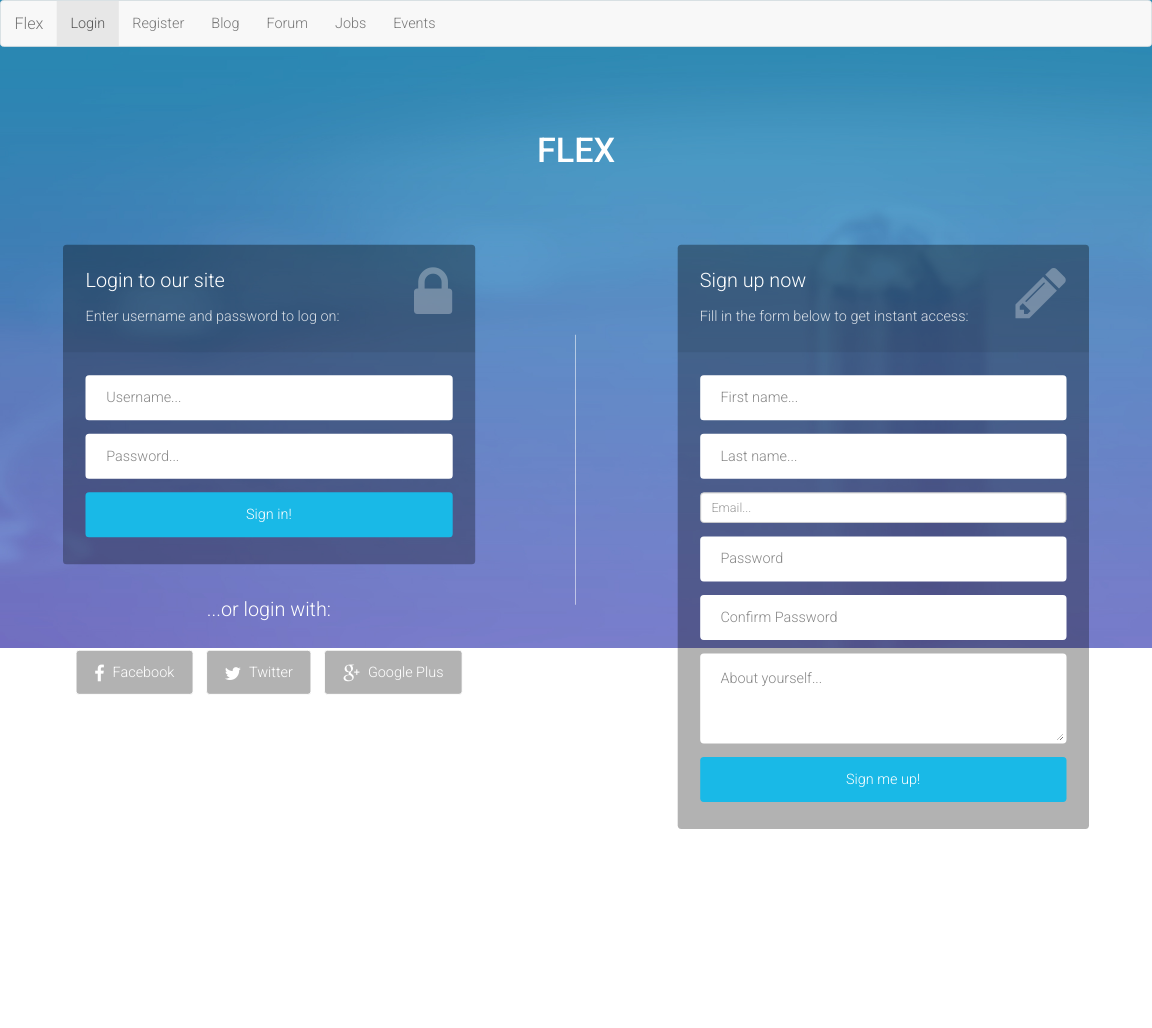
Repository: Angelamritha2012/Flex
Page: Collaboration/WebContent/index.html
These files come from the project's save history. The page is drawn as it stood at one moment and after the next save; the edit follows.
The browser window is 1280 px wide. The pictures show the whole page, at 90% of full size.
Some web libraries are served in a nearby version.

Above is the page before, as saved 2017-11-30 10:18:47.

After the next save:
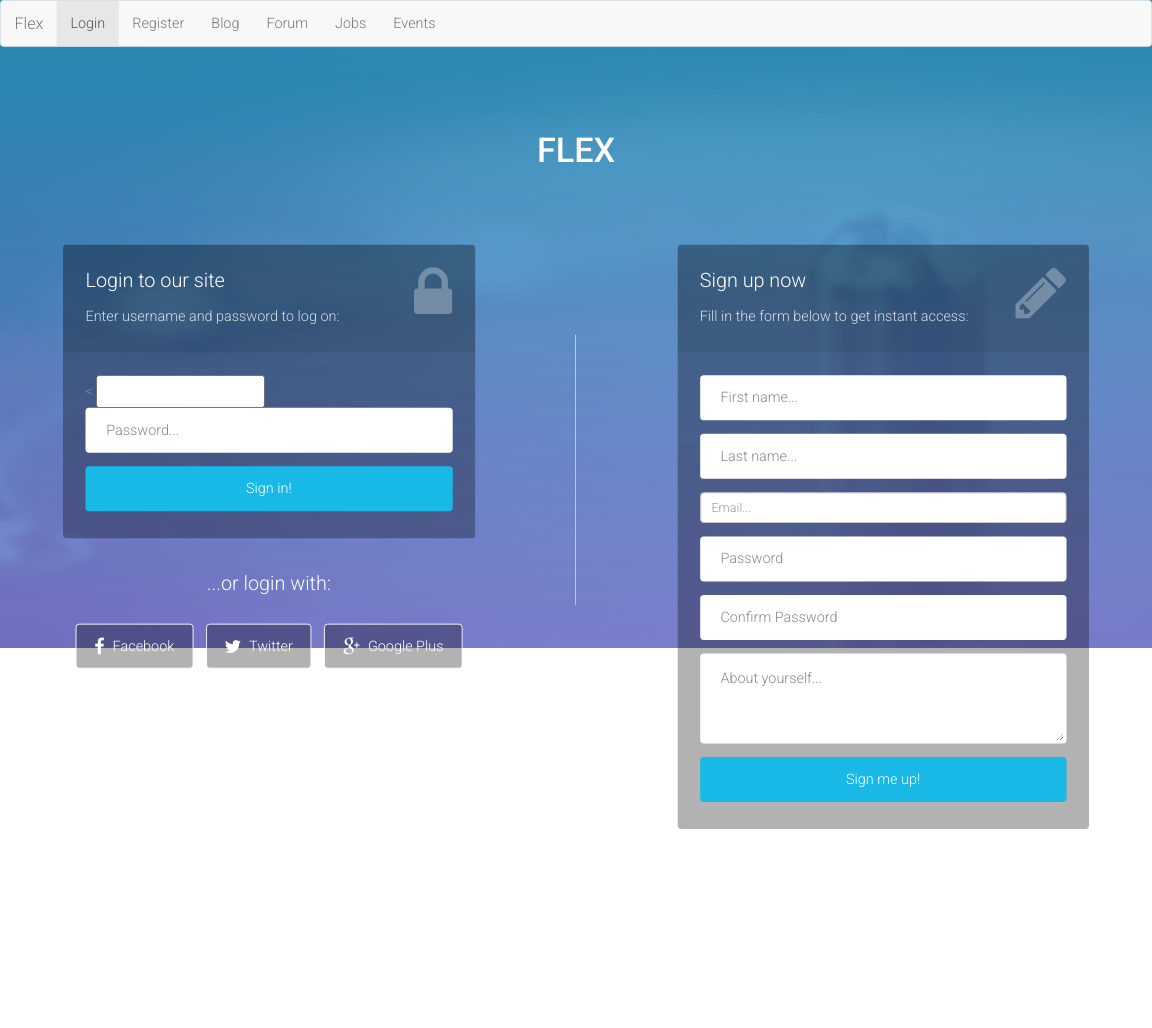
Saved 27 s later.
--- a/Collaboration/WebContent/index.html
+++ b/Collaboration/WebContent/index.html
@@ -86,10 +86,15 @@
 	                            <div class="form-bottom">
 	                            <form  ng-app="myApp" ng-submit="submitForm()" novalidate>
 
-				                    <div class="form-group">
+				                    <<!-- div class="form-group">
 				                    		<label class="sr-only" for="form-username">Username</label>
 				                        	<input type="text" name="form-username" placeholder="Username..." class="form-username form-control" id="form-username">
-				                        </div>
+				                        </div>	 -->
+				                        <input type="email" name="email" ng-model="email" required>
+  <span style="color:red" ng-show="myForm.email.$dirty && myForm.email.$invalid">
+  <span ng-show="myForm.email.$error.required">Email is required.</span>
+  <span ng-show="myForm.email.$error.email">Invalid email address.</span>
+  </span>
 
 
 				                        <div class="form-group">
